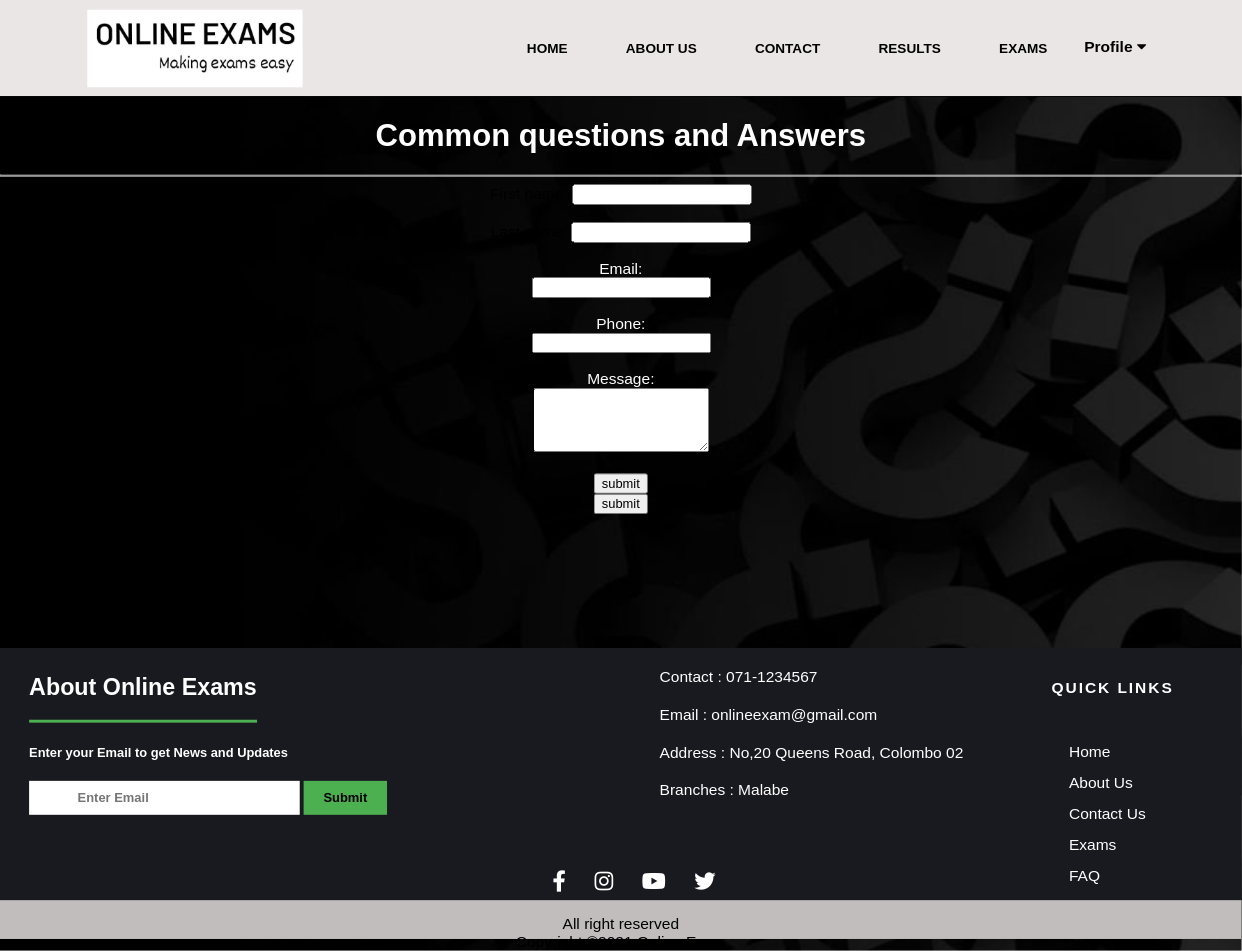
Repository: Isurinda-Shamika/online-exam
Page: http://localhost/online_exam/faq.jsp
The author's editor kept a copy of each file at every save. The page is drawn from the files as they stood at one save, then again after the next save.
The browser window is 1280 px wide. The pictures show the whole page, at 97% of full size.
Some web libraries are served in a nearby version. The page is served by Tomcat 9. Nobody is signed in. The application's start-up code is not run.

Above is the page before, as saved 2022-11-09 09:36:02.

After the next save:
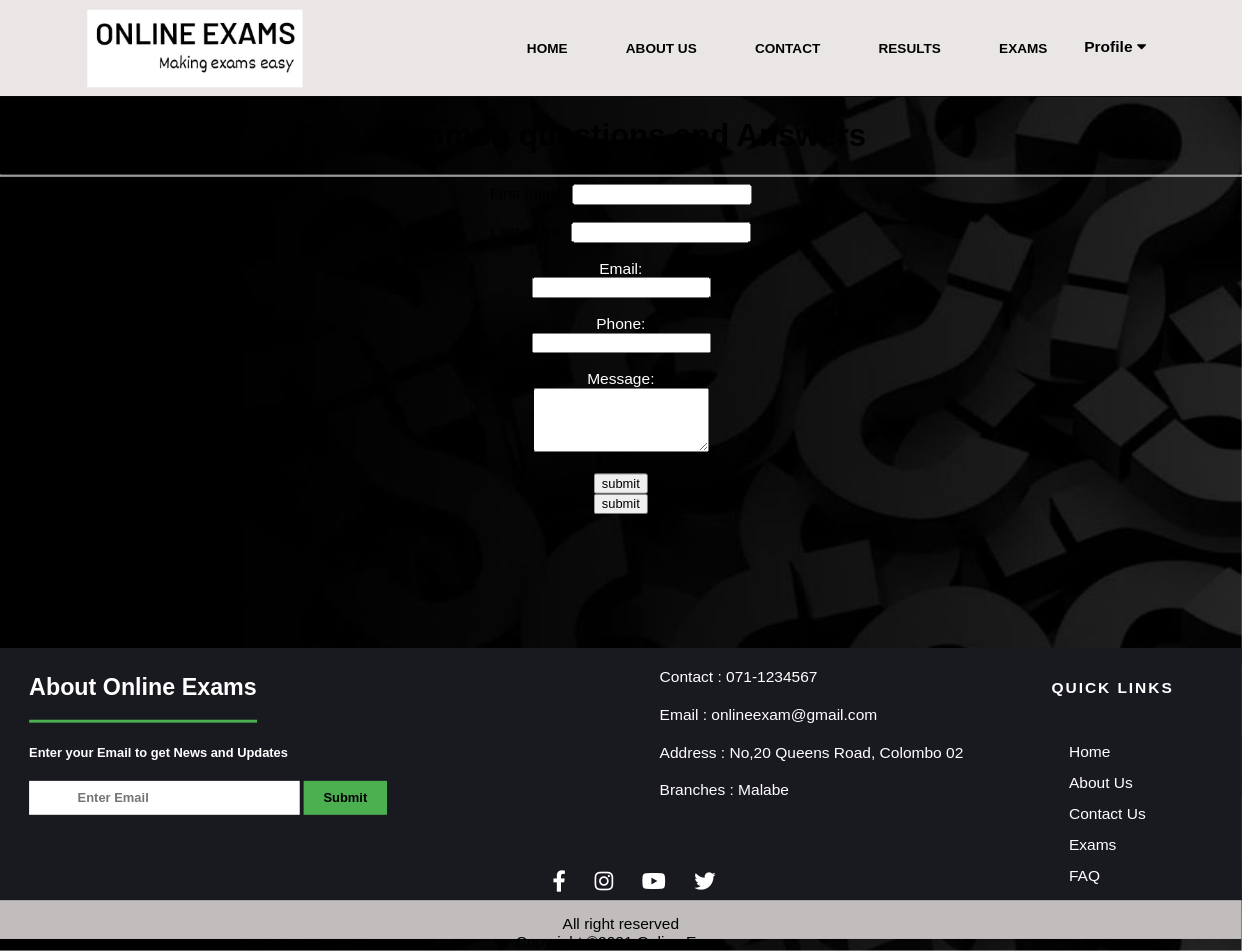
Saved 37 s later.
--- a/online exam/src/main/webapp/faq.jsp
+++ b/online exam/src/main/webapp/faq.jsp
@@ -41,7 +41,7 @@
 				<center>
 
 
-                <h1><font color ="white">Common questions and Answers</font></h1>
+                <h1>Common questions and Answers</h1>
                 </center><hr>
 
 
